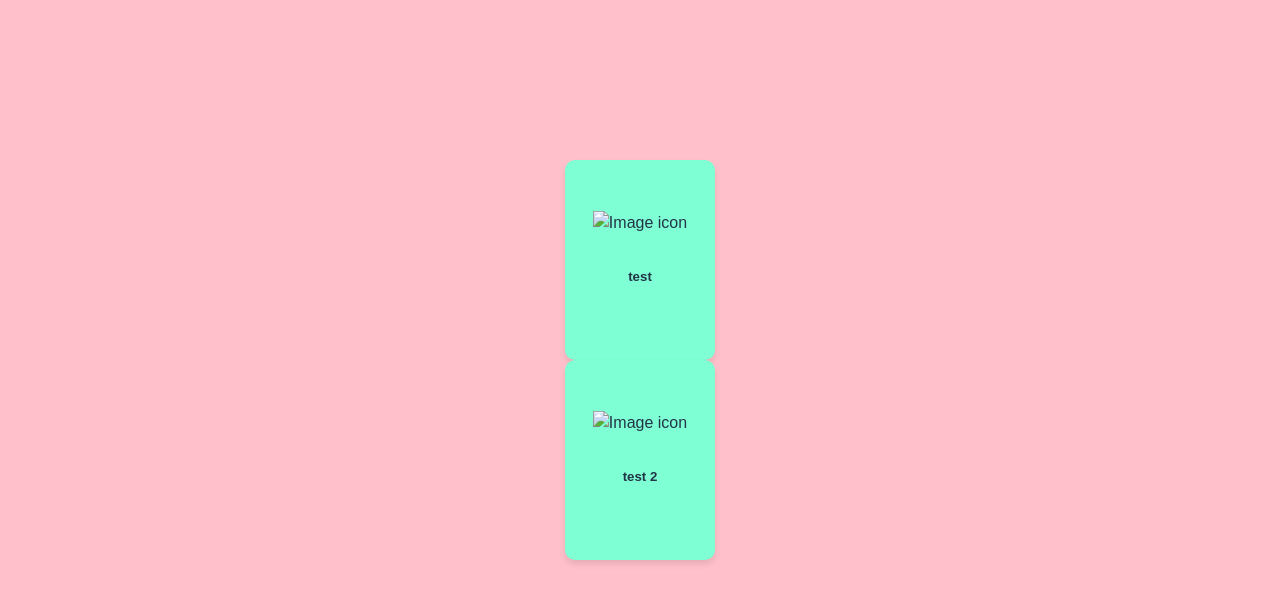
Repository: DaneJuswa/LearningReact
Page: / (app in reactProject/)
These files come from the project's save history. The page is drawn as it stood at one moment and after the next save; the edit follows.
The browser window is 1280 px wide. The pictures show the whole page.
The project was rebuilt for these pictures with package versions that can differ from the ones it lists, and the page was loaded fresh each time. Also part of the build but not shown: reactProject/vite.config.js.

Above is the page before, as saved 2025-09-11 22:25:01.

### reactProject/src/main.jsx
import { StrictMode } from 'react'
import { createRoot } from 'react-dom/client'
import Cards from './Cards.jsx'
import './index.css'


createRoot(document.getElementById('root')).render(
  <StrictMode>
    <Cards name="test"/>
    <Cards name="test 2"/>
  </StrictMode>,
)

### reactProject/src/Cards.jsx

import './App.css'

function Cards(props){
    return(
        <div className="card-container">
            <img src="" alt="Image icon" />
            <h5>{props.name}</h5>
        </div>
    );
}

export default Cards;

### reactProject/src/App.css
body {
  display: flex;
  flex-direction: row;
  justify-content: center;
  align-items: center;
  min-height: 100vh; /* make sure it's vertically centered */
  background-color: pink;
  margin: 0; /* remove default spacing */
}

.card-container {
  width: 150px;
  height: 200px;
  background-color: aquamarine;
  border-radius: 10px; /* rounded corners */
  box-shadow: 0 4px 6px rgba(0,0,0,0.1); /* subtle shadow */
  display: flex;
  flex-direction: column;
  justify-content: center;
  align-items: center;
  font-family: sans-serif;
  gap: 10px; /* spacing between image & text */
}

Loaded but not shown: reactProject/index.html (common file); reactProject/src/index.css (common file)

After the next save:
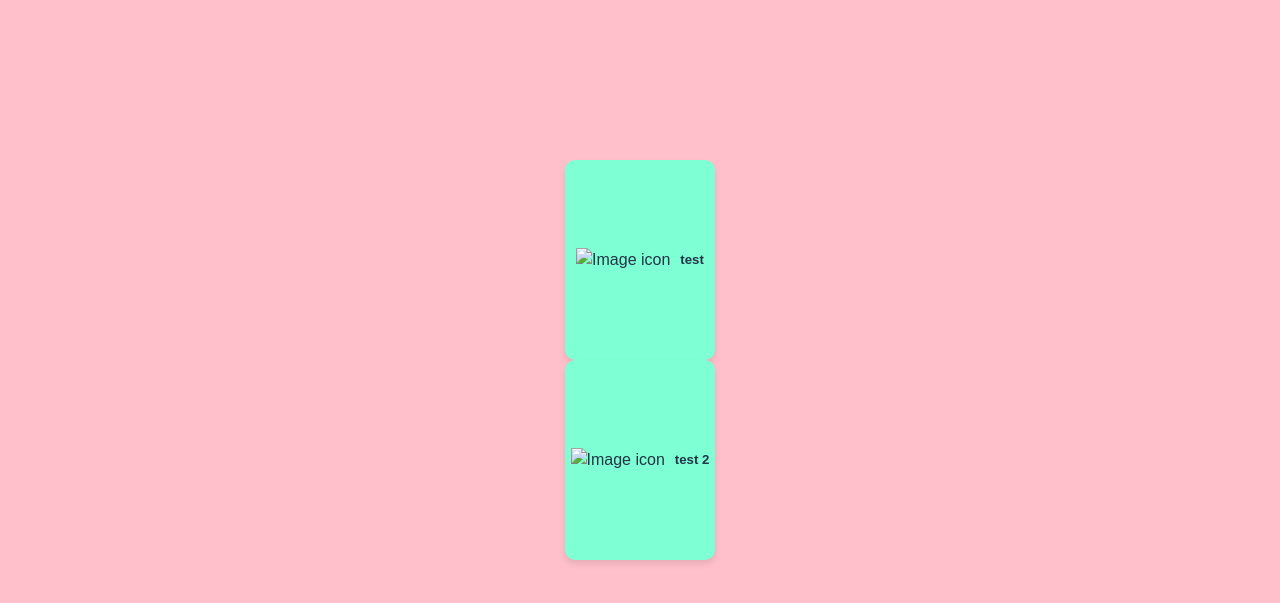
Saved 58 s later.
--- a/reactProject/src/App.css
+++ b/reactProject/src/App.css
@@ -15,7 +15,7 @@
   border-radius: 10px; /* rounded corners */
   box-shadow: 0 4px 6px rgba(0,0,0,0.1); /* subtle shadow */
   display: flex;
-  flex-direction: column;
+  flex-direction: row;
   justify-content: center;
   align-items: center;
   font-family: sans-serif;

After the save that followed:
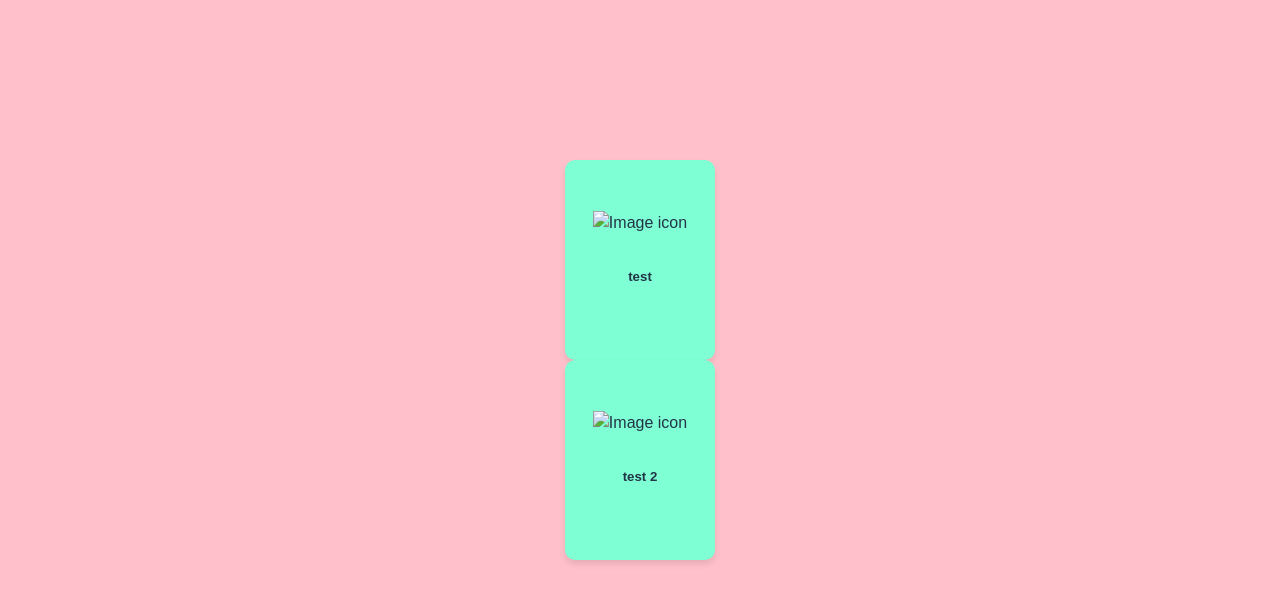
Saved 9 s later.
--- a/reactProject/src/App.css
+++ b/reactProject/src/App.css
@@ -1,6 +1,6 @@
 body {
   display: flex;
-  flex-direction: row;
+  flex-direction: column;
   justify-content: center;
   align-items: center;
   min-height: 100vh; /* make sure it's vertically centered */
@@ -15,7 +15,7 @@
   border-radius: 10px; /* rounded corners */
   box-shadow: 0 4px 6px rgba(0,0,0,0.1); /* subtle shadow */
   display: flex;
-  flex-direction: row;
+  flex-direction: column;
   justify-content: center;
   align-items: center;
   font-family: sans-serif;
